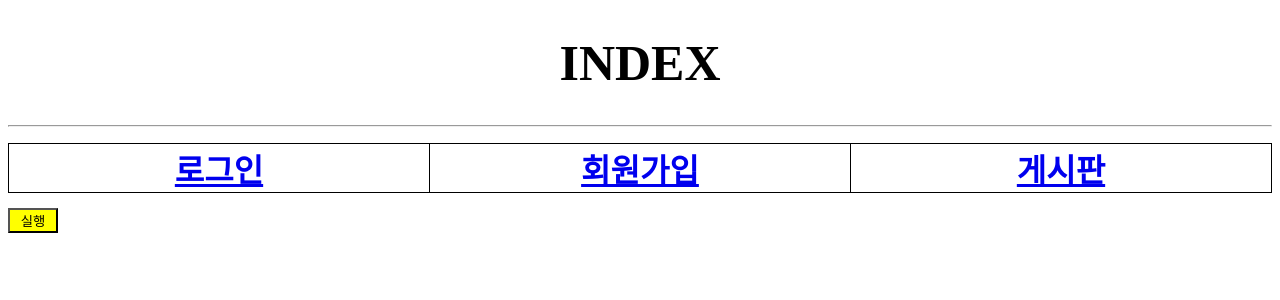
Repository: jeonghyunseok/GMSUI
Page: GMSUI/WebContent/index.html
The author's editor kept a copy of each file at every save. The page is drawn from the files as they stood at one save, then again after the next save.
The browser window is 1280 px wide. The pictures show the whole page.

Above is the page before, as saved 2017-07-19 06:22:15.

### GMSUI/WebContent/index.html
<!DOCTYPE html>
<html>
<head>
<meta charset="UTF-8">
<title>Hello HTML</title>
</head>
<body>
<h1 style="font-size:50px; text-align:center;">INDEX<h1>
	<hr />
	<table style="width: 100%; border-collapse: collapse;">
		<tr>
			<td style="border: 1px solid black;width:30%; text-align:center;">
			<a href="member/login.html">로그인</a></td>
			<td style="border: 1px solid black;width:30%; text-align:center;">
			<a href="member/join.html">회원가입</a></td>
			<td style="border: 1px solid black;width:30%; text-align:center;">
			<a href="board/board_list.html">게시판</a></td>
		</tr>
		<tr>
			<td></td>
			<td></td>
			<td></td>
		</tr>
		<tr>
			<td></td>
			<td></td>
			<td></td>
		</tr>
	</table>
	<button style="background-color:yellow;width: 50px" onclick="window.location.href='member/login.html'">실행</button>
</body>
</html>

After the next save:
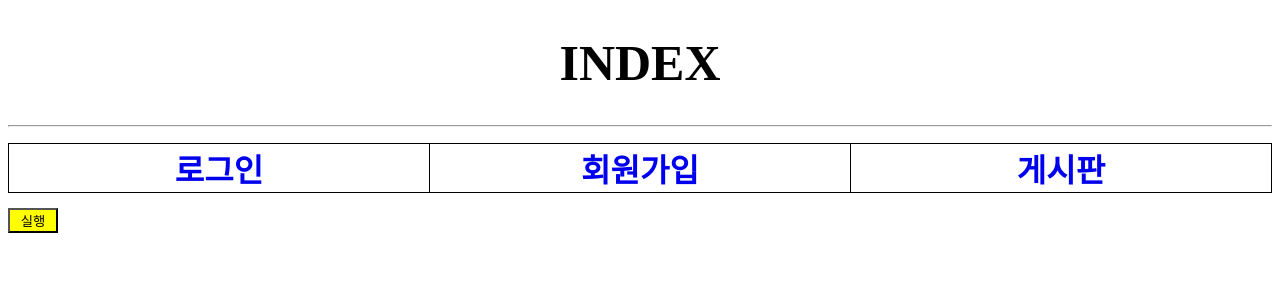
Saved 106 s later.
--- a/GMSUI/WebContent/index.html
+++ b/GMSUI/WebContent/index.html
@@ -10,11 +10,11 @@
 	<table style="width: 100%; border-collapse: collapse;">
 		<tr>
 			<td style="border: 1px solid black;width:30%; text-align:center;">
-			<a href="member/login.html">로그인</a></td>
+			<a href="member/login.html" style="text-decoration: none">로그인</a></td>
 			<td style="border: 1px solid black;width:30%; text-align:center;">
-			<a href="member/join.html">회원가입</a></td>
+			<a href="member/join.html" style="text-decoration: none">회원가입</a></td>
 			<td style="border: 1px solid black;width:30%; text-align:center;">
-			<a href="board/board_list.html">게시판</a></td>
+			<a href="board/board_list.html" style="text-decoration: none">게시판</a></td>
 		</tr>
 		<tr>
 			<td></td>
